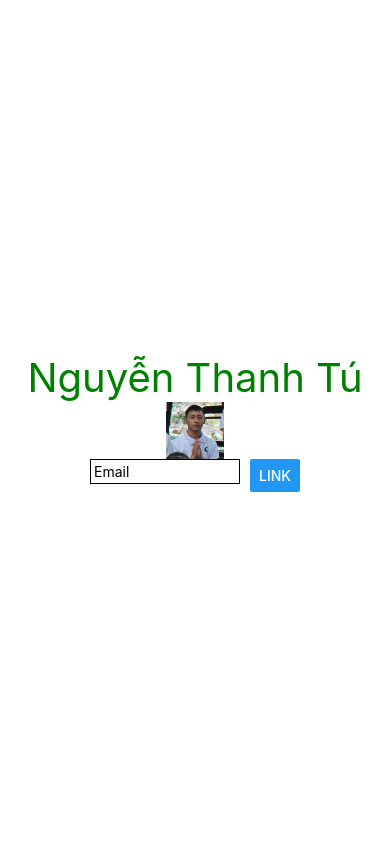
Repository: ntu34543/ReactNativeAndroid
Screen: /
An editor plug-in stored every save of this project. The screen is shown before and after the next save, followed by the edit.
The app was drawn by React Native's web renderer in a window 390 px wide. The project was rebuilt for these pictures with package versions that can differ from the ones it lists, and the page was loaded fresh each time.

Above is the screen before, as saved 2022-09-23 16:58:02.

After the next save:
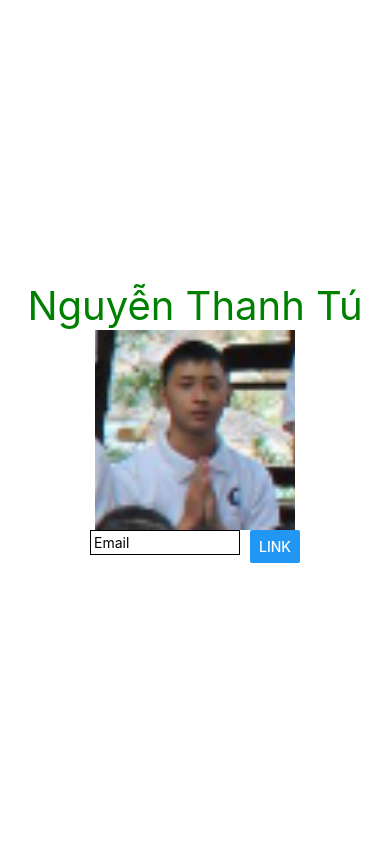
Saved 10 s later.
--- a/App.js
+++ b/App.js
@@ -45,6 +45,7 @@
     color: 'green',
   },
   image: {
-
+    width: 200,
+    height: 200,
   }
 });

After the save that followed:
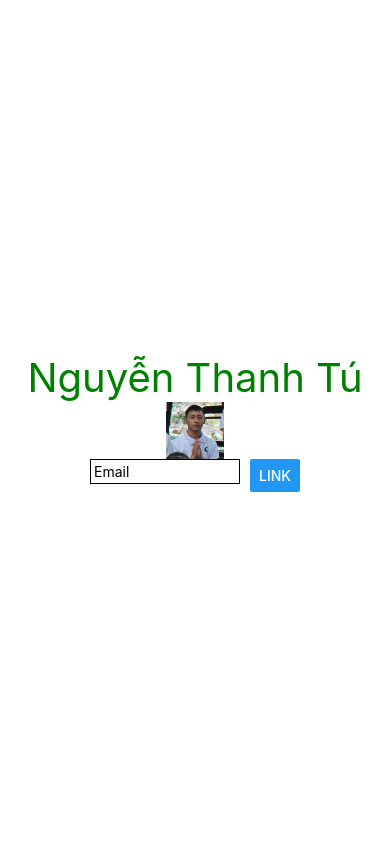
Saved 13 s later.
--- a/App.js
+++ b/App.js
@@ -45,7 +45,5 @@
     color: 'green',
   },
   image: {
-    width: 200,
-    height: 200,
   }
 });
